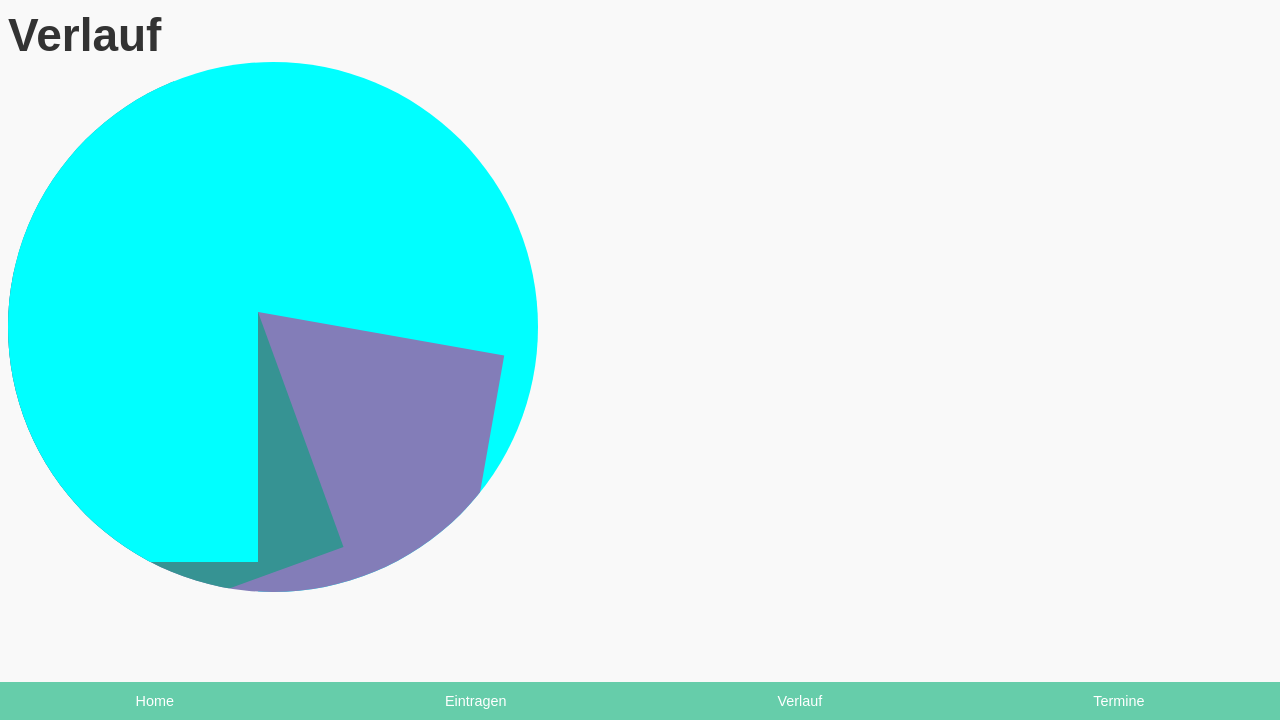
Repository: jakemoes/Pet-Tracker
Page: PWA/trend.html
These files come from the project's save history. The page is drawn as it stood at one moment and after a run of saves; the edit follows.
The browser window is 1280 px wide. The pictures show the whole page.

Above is the page before, as saved 2024-12-06 00:22:22.

### PWA/trend.html
<!DOCTYPE html>
<html>
    <head>
        <meta charset="UTF-8">
        <meta name="viewport" content="width=device-width, initial-scale=1.0">
        <title>Verlauf</title>
        <link rel="stylesheet" href="trend.css">
    </head>

    </head>

    <body>
        <h1>Verlauf</h1>

        <div class="container">
            <div class="layer"></div>
            <div class="layer"></div>
            <div class="layer"></div>
            <div class="layer"></div>

        </div>

        <div></div>

        <footer>
            <nav>
                <ul class="nav-bar">
                    <li><a href="welcome.html">Home</a></li>
                    <li><a href="#">Eintragen</a></li>
                    <li><a href="trend.html">Verlauf</a></li>
                    <li><a href="appointment.html">Termine</a></li>
                </ul>
            </nav>
        </footer>
    </body>




</html>

### PWA/trend.css

body {
    font-family: Arial, sans-serif;
    padding: 0;
    background-color: #f9f9f9;
    overflow: hidden;
}



.container {
    position: relative;
    width: 500px;
    height: 500px;
    background-color: transparent;
    border-radius: 50%;
    overflow: hidden;
    padding: 15px;

}


.circle{
    width: 50px;
    height: 50px;
    background-color:  aqua ;
    border-radius: 50%;
}

h1 {
    position: relative;
    font-size: 46px;
    text-align: left;
    margin: 0; /* Abstand entfernen */
    color: #333;
}

.layer {
    position: absolute;
    width: 100%;
    height: 100%;
    transform-origin: 0px 250px;
    left: 0;
    top: 0;
    overflow: hidden;
}

.layer::before {
    content: "";
    width: 100%;
    height: 100%;
    position: absolute;
    background-color: transparent;
    transform-origin: 0px 250px;
    top: 0;
    left: 0;
}
 .layer:nth-child(1) {
    background-color: aqua;
    transform: translateX(250px) rotate(0deg);
 }

 .layer:nth-child(1)::before {
    transform: rotate(100deg);
 }

 .layer:nth-child(2) {
    background-color: rgb(131, 125, 184);
    transform: translateX(250px) rotate(100deg);
 }

 .layer:nth-child(2)::before {
    transform: rotate(160deg);
 }

 .layer:nth-child(3) {
    background-color: rgb(54, 147, 147);
    transform: translateX(250px) rotate(160deg);
 }

 .layer:nth-child(3)::before {
    transform: rotate(180deg);
 }

 .layer:nth-child(4) {
    background-color: aqua;
    transform: translateX(250px) rotate(180deg);
 }

 .layer:nth-child(4)::before {
    transform: rotate(20deg);
 }


 footer {
    position: fixed;
    bottom: 0;
    width: 100%;
    background-color: #66cdaa;
    padding: 10px 0;
    box-shadow: 0 -1px 5px rgba(0, 0, 0, 0.1);
}




.nav-bar {
    position: fixed;
    bottom: 0;
    left: 0;
    width: 100%; /* Volle Breite des Bildschirms */
    background-color: #66cdaa; /* Sicherstellen, dass die Farbe gesetzt ist */
    display: flex;
    justify-content: space-around;
    list-style: none;
    margin: 0; /* Kein Außenabstand */
    padding: 10px 0; /* Innenabstand */
    z-index: 10;
}

.nav-bar li {
    text-align: center;
}

.nav-bar a {
    text-decoration: none;
    color: white;
    font-size: 0.9em;
}

.nav-bar a:hover {
    text-decoration: underline;
}

After the next 3 saves:
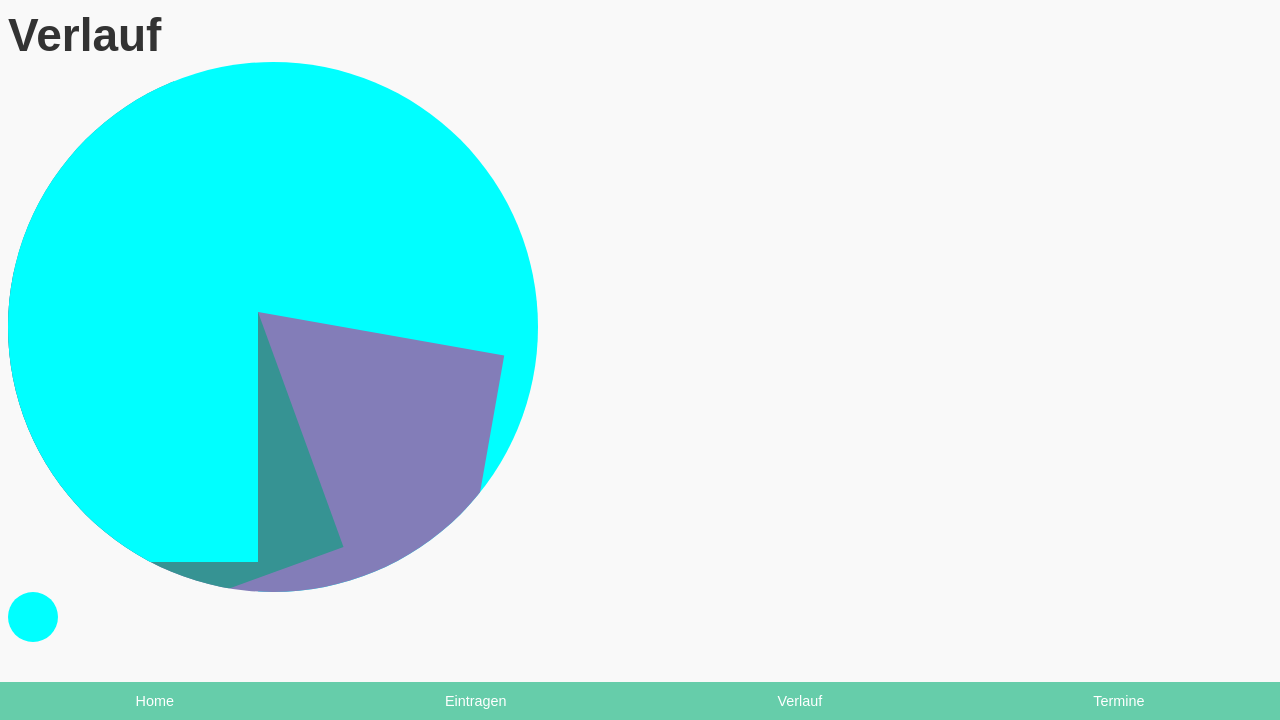
The 3 saves are shown as one change because they came seconds apart.
The last was saved 15 s later.
--- a/PWA/trend.html
+++ b/PWA/trend.html
@@ -20,7 +20,7 @@
 
         </div>
 
-        <div></div>
+        <div class="circle"></div>
 
         <footer>
             <nav>

After the save that followed:
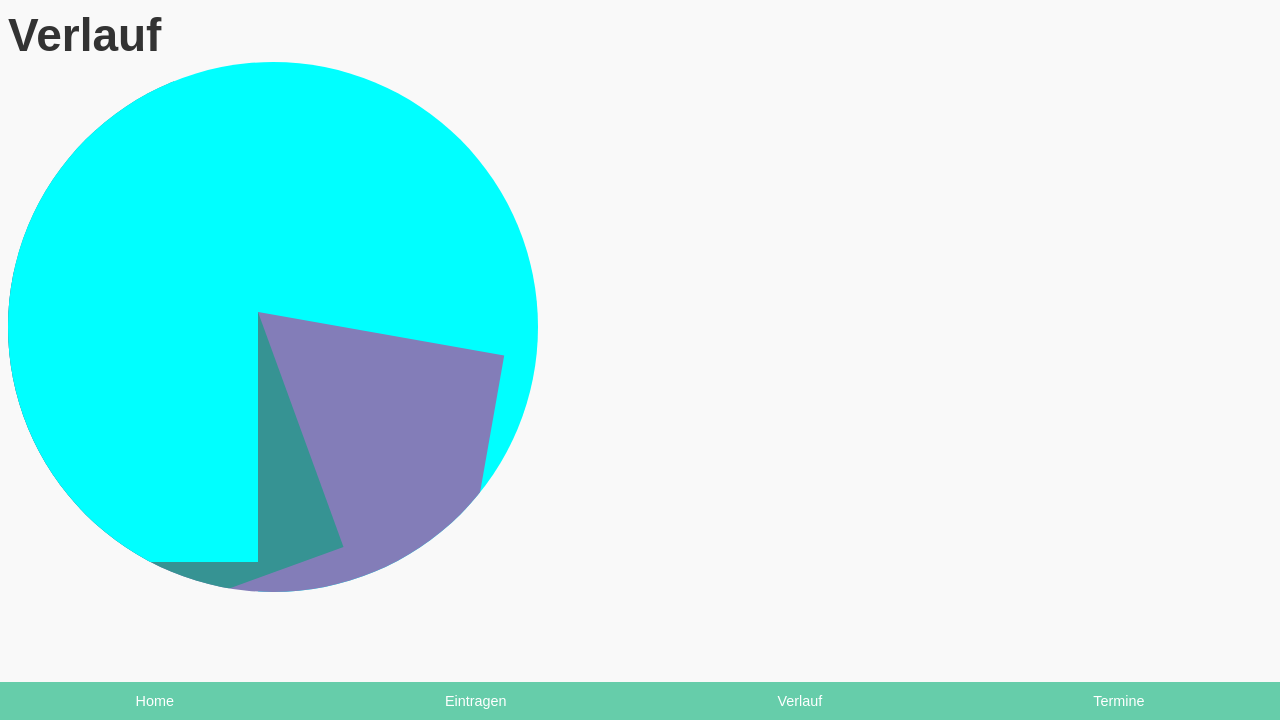
Saved 49 s later.
--- a/PWA/trend.css
+++ b/PWA/trend.css
@@ -20,7 +20,7 @@ body {
 }
 
 
-.circle{
+.circle1{
     width: 50px;
     height: 50px;
     background-color:  aqua ;
